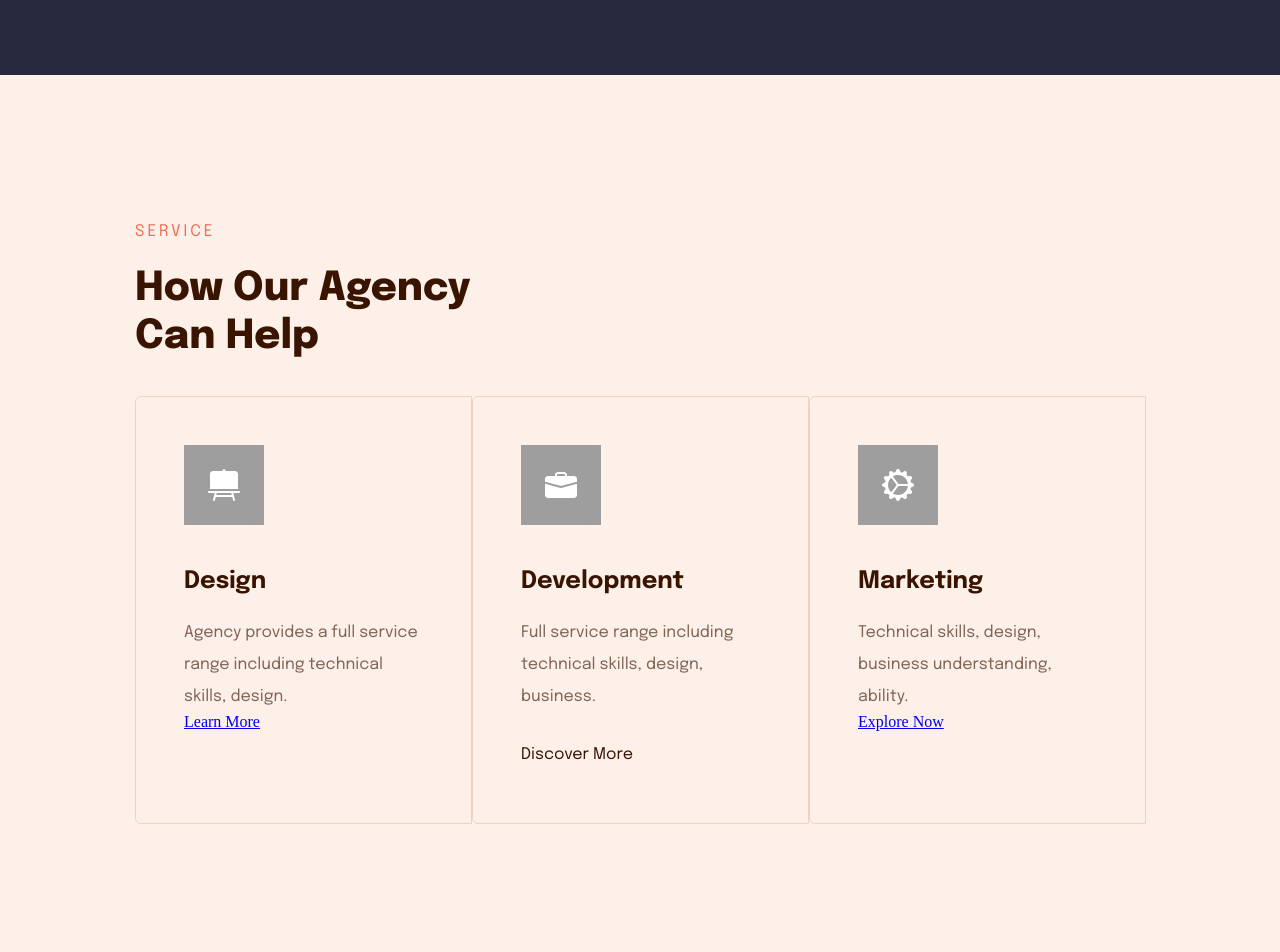
Repository: NatiqSamiyev/image-task
Page: index.html
These files come from the project's save history. The page is drawn as it stood at one moment and after a run of saves; the edit follows.
The browser window is 1280 px wide. The pictures show the part of the page from y = 1362 to 2314 px (the page is 2314 px tall before and 2274 px after).
Pictures or frames that could not be fetched are drawn as grey boxes.

Above is the page before, as saved 2023-08-23 15:11:09.

### index.html
<!DOCTYPE html>
<html lang="en">
  <head>
    <meta charset="UTF-8" />
    <meta name="viewport" content="width=device-width, initial-scale=1.0" />
    <title>Document</title>
    <link rel="stylesheet" href="index.css" />
  </head>
  <body>
    <div class="container">
      <div id="page-1">
        <h1>Portfolio</h1>
        <h2>Latest Work</h2>

        <nav>
          <ul>
            <li>
              <a href="#">Show All</a>
              <p>14</p>
            </li>
            <li>
              <a href="#">Design</a>
              <p>6</p>
            </li>
            <li>
              <a href="#">Branding</a>
              <p>4</p>
            </li>
            <li>
              <a href="#">Illustration</a>
              <p>3</p>
            </li>
            <li>
              <a href="#">Motion</a>
              <p>1</p>
            </li>
          </ul>
        </nav>

        <div class="image-box">
          <div class="box-1">
            <div class="left">
              <img
                src="https://images.unsplash.com/photo-1605365070248-299a182a2ca6?ixlib=rb-4.0.3&ixid=M3wxMjA3fDB8MHxzZWFyY2h8MTF8fGNvdWNofGVufDB8fDB8fHww&w=1000&q=80"
                alt=""
              />
              <button>Design</button>
              <p>SOFA</p>
            </div>
            <div class="right">
              <img
                src="https://encrypted-tbn0.gstatic.com/images?q=tbn:ANd9GcRcj9OasnMoc-lGpTAOWO39NXB7dLMMJMDkmA&usqp=CAU"
                alt=""
              />
              <button>Branding</button>
              <p>KeyBoard</p>
            </div>
          </div>
          <div class="box-2">
            <div class="left">
              <img
                src="https://www.socialpilot.co/wp-content/uploads/2021/02/pasted-image-0.png"
                alt=""
              />
              <button>Illustration</button>
              <p>Work Media</p>
            </div>

            <div class="right">
              <img
                src="https://www.dogstrolldaycare.co.uk/themes/black/images/daycare-puppies.jpg"
                alt=""
              />
              <button>Motion</button>
              <p>DDDone</p>
            </div>
          </div>
        </div>

        <div class="bottom-container">
          <button>Explore More</button>
        </div>
      </div>

      <div id="page-2">
        <h1>Service</h1>

        <h2>
          How Our Agency <br />
          Can Help
        </h2>

        <ul>
          <li>
            <div class="image-box">
              <img src="./image/Oval.svg" alt="" />
              <img class="image" src="./image/Combined Shape.svg" alt="" />
            </div>

            <h3>Design</h3>
            <p>
              Agency provides a full service range including technical skills,
              design.
            </p>
            <a href="#">Learn More</a>
          </li>

          <li>
            <div class="image-box">
              <img src="./image/Oval.svg" alt="" />
              <img class="image" src="./image/Combined Shape (1).svg" alt="" />
            </div>

            <h3>Development</h3>
            <p>
              Full service range including technical skills, design, business.
            </p>
            <h4>Discover More</h4>
          </li>

          <li>
            <div class="image-box">
              <img src="./image/Oval.svg" alt="" />
              <img class="image" src="./image/Shape.svg" alt="" />
            </div>

            <h3>Marketing</h3>
            <p>Technical skills, design, business understanding, ability.</p>
          <a href="#">Explore Now</a>

          </li>
        </ul>
      </div>
    </div>

  </body>
</html>

### index.css
@import url("https://fonts.googleapis.com/css2?family=Epilogue:wght@400;700;800&family=Roboto+Slab:wght@700&family=Roboto:wght@400;700&display=swap");
* {
  margin: 0;
  padding: 0;
  box-sizing: border-box;
}

#page-1 {
  width: 100%;
  padding: 92px 135px 117px 135px;
  background-color: #28293e;
  min-height: 100vh;
}

#page-1 h1 {
  color: var(--text-light-accent, #ef6d58);
  text-align: center;
  font-feature-settings: "clig" off, "liga" off;
  font-family: Epilogue;
  font-size: 16px;
  font-style: normal;
  font-weight: 400;
  line-height: 32px;
  letter-spacing: 3px;
  text-transform: uppercase;
}

#page-1 h2 {
  margin-top: 20px;
  color: var(--text-light, #fff);
  text-align: center;
  font-feature-settings: "clig" off, "liga" off;
  font-family: Epilogue;
  font-size: 56px;
  font-style: normal;
  font-weight: 800;
  line-height: 64px;
  letter-spacing: -1px;
}

#page-1 ul {
  display: flex;
}

#page-1 ul li {
  display: flex;
  list-style-type: none;
  margin-right: 50px;
}

nav {
  margin-top: 36px;
  margin-bottom: 68px;
  display: flex;
  justify-content: center;
}

#page-1 ul li a {
  color: var(--text-light, #fff);
  font-feature-settings: "clig" off, "liga" off;
  font-family: Epilogue;
  font-size: 16px;
  font-style: normal;
  font-weight: 400;
  line-height: 32px;
  text-decoration: none;
}

#page-1 ul li p {
  color: var(--text-light-gray, rgba(255, 255, 255, 0.64));
  text-align: center;
  font-feature-settings: "clig" off, "liga" off;
  font-family: Epilogue;
  font-size: 14px;
  font-style: normal;
  font-weight: 400;
}

#page-1 .box-1 {
  display: flex;
  justify-content: space-between;
}
#page-1 .image-box .left {
  width: 45%;
  height: 416px;
  position: relative;
}

#page-1 .image-box .left img {
  width: 100%;
  height: 416px;
}
#page-1 .image-box .right {
  width: 54%;
  height: 416px;
  margin-left: 30px;
  position: relative;
  background-color: red;
}
#page-1 .image-box .right img {
  width: 100%;
  height: 416px;
}

#page-1 .image-box img {
  width: 100%;
  height: 100%;
}
#page-1 .image-box button {
  color: var(--text-dark, #391400);
  font-feature-settings: "clig" off, "liga" off;
  font-family: Epilogue;
  font-size: 16px;
  font-style: normal;
  font-weight: 400;
  line-height: 32px;
  border-radius: 19px;
  background: #fff;
  border: none;
  position: absolute;
  bottom: 122px;
  left: 48px;
}

#page-1 .image-box .box-1 .left button {
  width: 84px;
  height: 38px;
  display: flex;
  justify-content: center;
  align-items: center;
}

#page-1 .image-box .box-1 .right button {
  width: 102px;
  height: 38px;
  display: flex;
  justify-content: center;
  align-items: center;
}

#page-1 .image-box .box-2 .left button {
  width: 116px;
  height: 38px;
  display: flex;
  justify-content: center;
  align-items: center;
}

#page-1 .image-box .box-2 .right button {
  width: 86px;
  height: 38px;
  display: flex;
  justify-content: center;
  align-items: center;
}
#page-1 .image-box p {
  color: var(--text-light, #fff);
  font-feature-settings: "clig" off, "liga" off;
  font-family: Epilogue;
  font-size: 40px;
  font-style: normal;
  font-weight: 800;
  line-height: 48px;
  position: absolute;
  left: 48px;
  bottom: 51px;
}

.box-2 {
  margin-top: 32px;
  width: 100%;
  height: 100%;

  display: flex;
  justify-content: space-between;
  position: relative;
}

.box-2 .left {
  width: 54%;
  height: 416px;
}
.box-2 .right {
  width: 45%;
  height: 416px;
}
.box-2 img {
  width: 100%;
  height: 100%;
}

.bottom-container {
  margin-top: 64px;
  display: flex;
  justify-content: center;
}

.bottom-container button {
  width: 170px;
  height: 48px;
  border-radius: 6px;
  border: 1px solid rgba(255, 255, 255, 0.3);
  background: #28293e;
  color: #fff;
  text-align: center;
  font-family: Epilogue;
  font-size: 14px;
  font-style: normal;
  font-weight: 900;
  line-height: normal;
  text-transform: uppercase;
}
/* page-2 design */
#page-2 {
  width: 100%;
  padding: 141px 134px 128px 135px;
  background: #fdf0e9;
}

#page-2 h1 {
  color: var(--text-dark-accent, #ef6d58);
  font-feature-settings: "clig" off, "liga" off;
  font-family: Epilogue;
  font-size: 16px;
  font-style: normal;
  font-weight: 400;
  line-height: 32px;
  letter-spacing: 3px;
  text-transform: uppercase;
}

#page-2 h2 {
  margin-top: 17px;
  color: var(--text-dark, #391400);
  font-feature-settings: "clig" off, "liga" off;
  font-family: Epilogue;
  font-size: 40px;
  font-style: normal;
  font-weight: 800;
  line-height: 48px;
}

#page-2 ul {
  display: flex;
  margin-top: 35px;
}

#page-2 ul li {
  width: 391px;
  padding: 48px 48px 52px 48px;
  list-style-type: none;
  border-radius: 6px 0px 0px 6px;
  border: 1px solid #f3d1bf;
  position: relative;
}
#page-2 ul li .image-box {
  position: relative;
  width: 80px;
  height: 80px;
}
#page-2 ul li img {
  width: 80px;
  height: 80px;
}

#page-2 ul li .image {
  width: 32px;
  height: 32px;
  fill: #fff;
  position: absolute;
  left: 50%;
  top: 50%;
  transform: translate(-50%, -50%);
}

#page-2 ul li h3 {
  margin-top: 41px;
  color: var(--text-dark, #391400);
  font-feature-settings: "clig" off, "liga" off;
  font-family: Epilogue;
  font-size: 24px;
  font-style: normal;
  font-weight: 700;
  line-height: 32px;
}

#page-2 ul li p {
  margin-top: 19px;
  color: var(--text-dark-gray, rgba(57, 20, 0, 0.64));
  font-feature-settings: "clig" off, "liga" off;
  font-family: Epilogue;
  font-size: 16px;
  font-style: normal;
  font-weight: 400;
  line-height: 32px;
}

#page-2 ul li h4 {
  margin-top: 26px;
  color: var(--text-dark, #391400);
  font-feature-settings: "clig" off, "liga" off;
  font-family: Epilogue;
  font-size: 16px;
  font-style: normal;
  font-weight: 400;
  line-height: 32px;
}

After the next 4 saves:
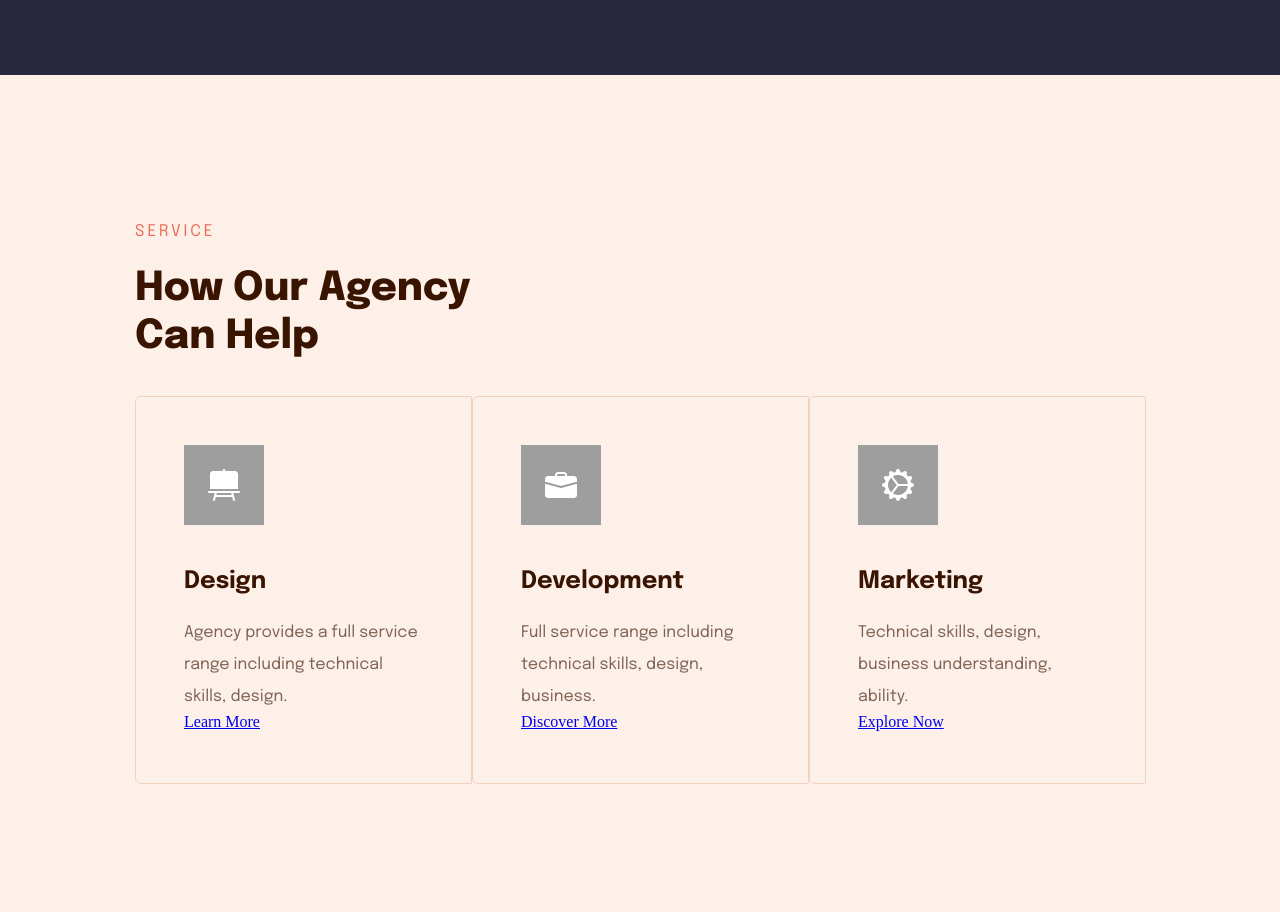
The 4 saves are shown as one change because they came seconds apart.
The last was saved 15 s later.
--- a/index.html
+++ b/index.html
@@ -115,7 +115,9 @@
             <p>
               Full service range including technical skills, design, business.
             </p>
-            <h4>Discover More</h4>
+            <a href="#">Discover More</a>
+
+
           </li>
 
           <li>
